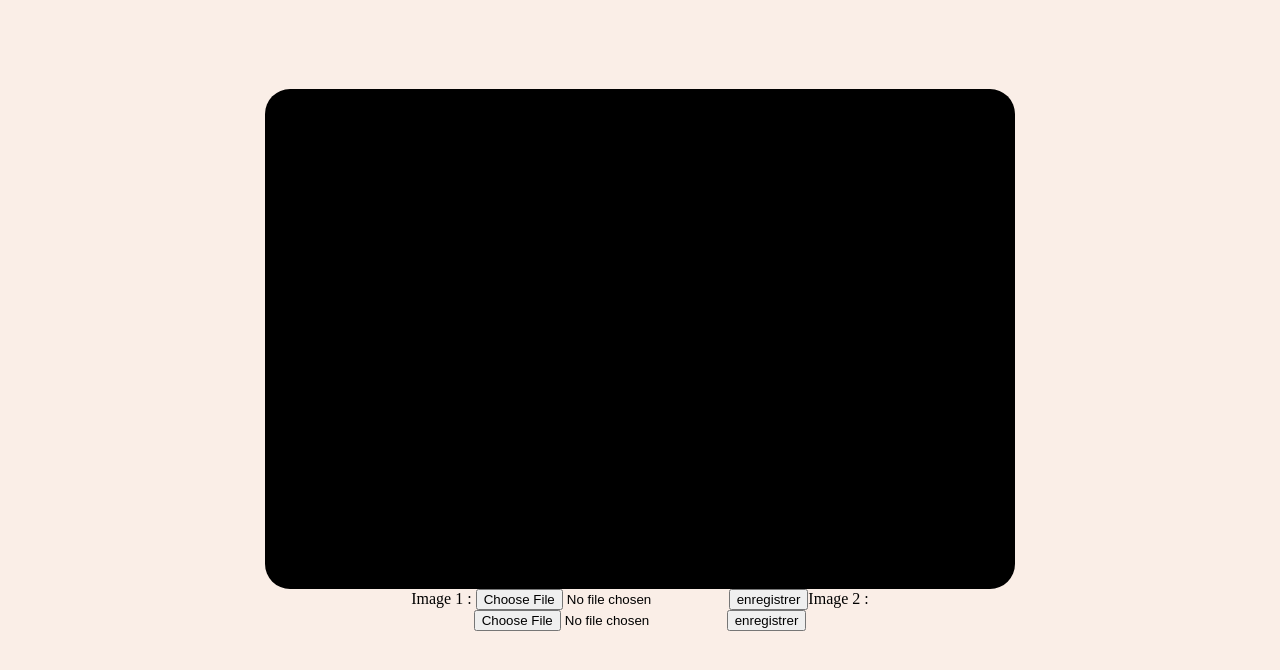
Repository: Lucas-Cassan/img-assembler
Page: / (app in frontend/)
An editor plug-in stored every save of this project. The page is shown before and after a run of saves, followed by the edit.
The browser window is 1280 px wide. The pictures show the whole page.
The project was rebuilt for these pictures with package versions that can differ from the ones it lists, and the page was loaded fresh each time.

Above is the page before, as saved 2022-02-02 15:00:13.

After the next 2 saves:
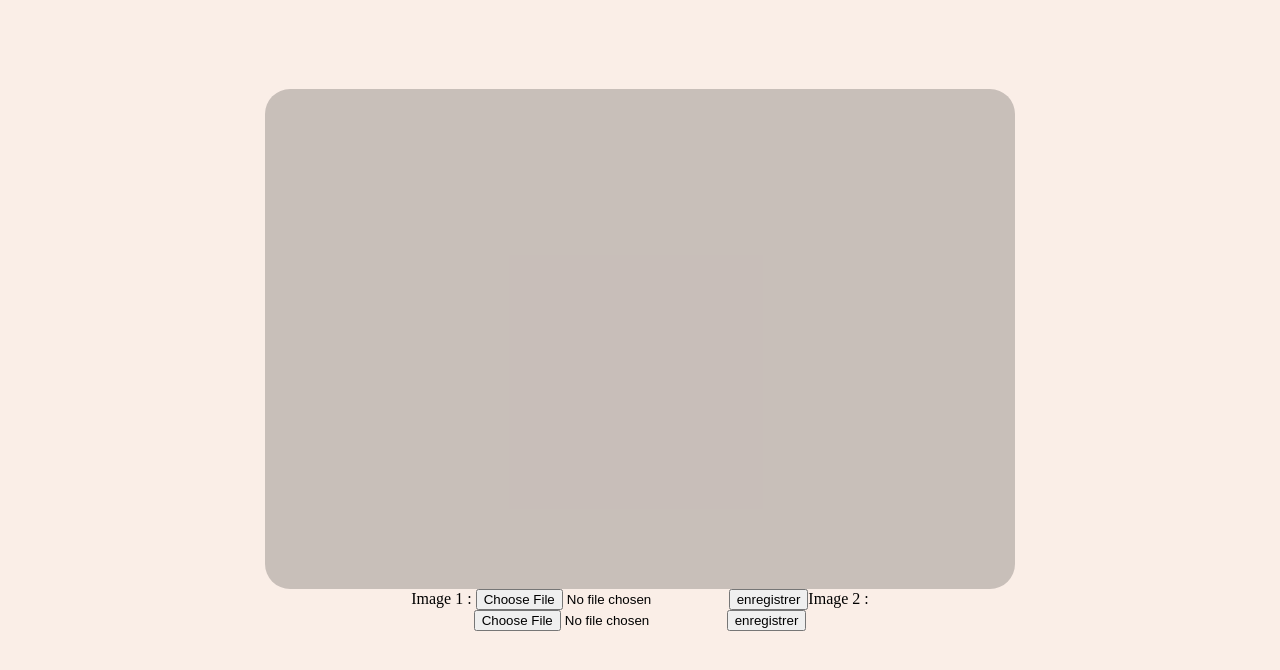
The 2 saves are shown as one change because they came seconds apart.
The last was saved 9 s later.
--- a/frontend/src/styles/index.scss
+++ b/frontend/src/styles/index.scss
@@ -21,7 +21,7 @@ html{
             #image{
                 width: 750Px;
                 height: 500px;
-                background-color: rgba($color: #000, $alpha: 1.0);
+                background-color: rgba($color: #000, $alpha: .2);
                 border-radius: 25px;
             }
             form{
